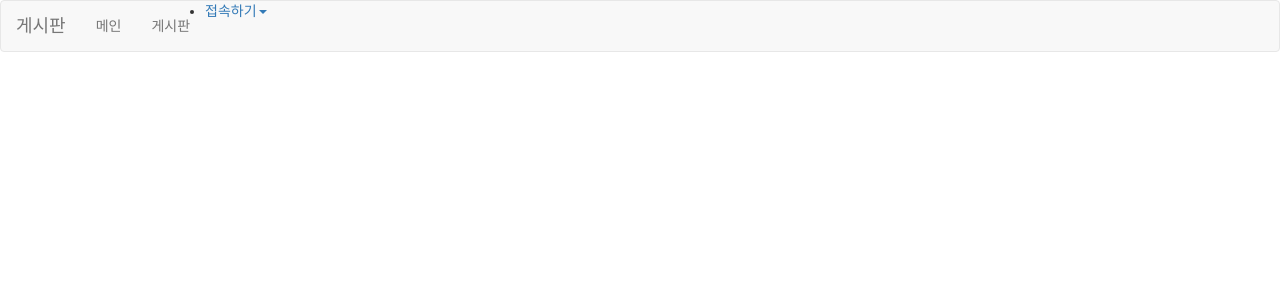
Repository: hojun324/myproject
Page: http://localhost/BBS/login.jsp
The author's editor kept a copy of each file at every save. The page is drawn from the files as they stood at one save, then again after the next save.
The browser window is 1280 px wide. The pictures show the whole page.
Some web libraries are served in a nearby version. The page is served by Tomcat 9.

Above is the page before, as saved 2021-04-16 07:00:23.

After the next save:
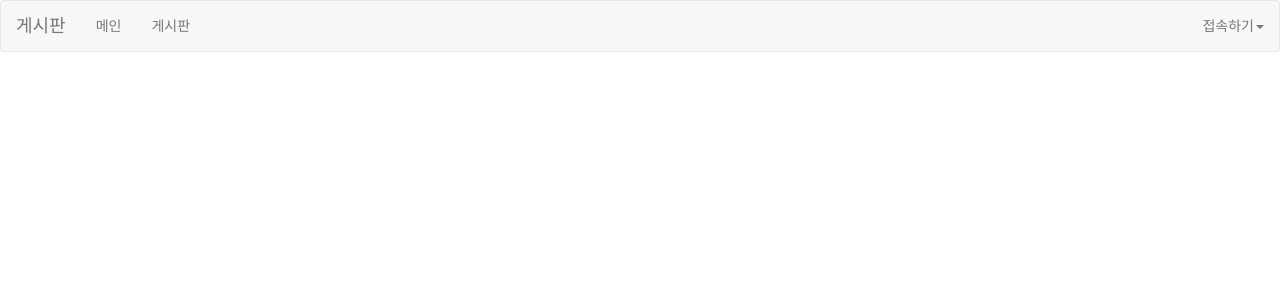
Saved 25 s later.
--- a/java/BBS/WebContent/login.jsp
+++ b/java/BBS/WebContent/login.jsp
@@ -25,7 +25,7 @@
 				<li><a href="main.jsp">메인</a></li>
 				<li><a href="bbs.jsp">게시판</a></li>
 			</ul>
-			<ul class=""nav navbar-nav navbar-right">
+			<ul class="nav navbar-nav navbar-right">
 				<li class="dropdown">
 					<a href="#" class="dropdownn-toggle"
 					data-toggle="dropdown" role="button" aria-haspopup="true"
